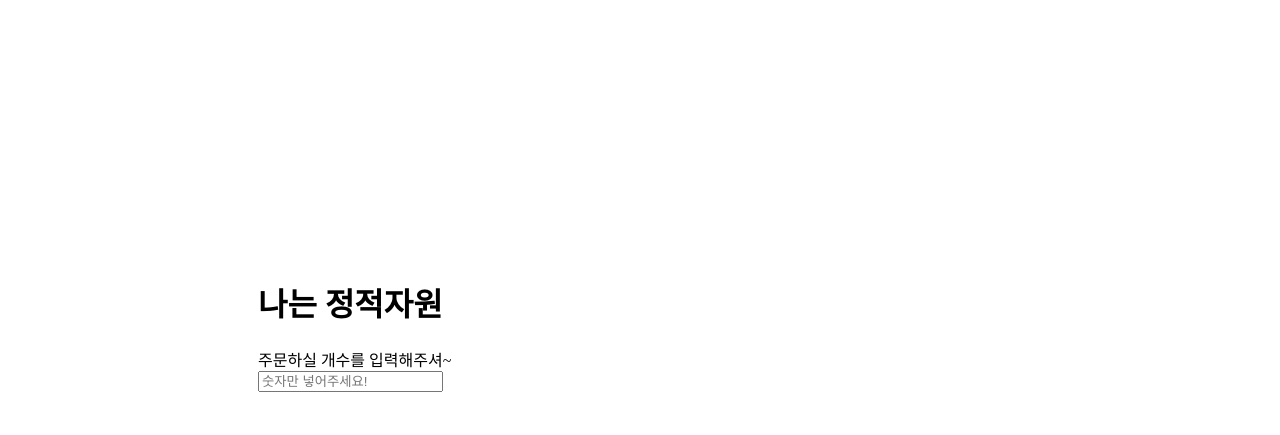
Repository: sehyeongrace/web-workspace
Page: BurgerKingProject/src/main/webapp/static/Request_Page.html
The author's editor kept a copy of each file at every save. The page is drawn from the files as they stood at one save, then again after the next save.
The browser window is 1280 px wide. The pictures show the whole page.

Above is the page before, as saved 2025-03-07 08:45:05.

### BurgerKingProject/src/main/webapp/static/Request_Page.html
<!DOCTYPE html>
<html>
<head>
<meta charset="UTF-8">
<title>눌렀음</title>
<style>
	body{
		padding : 250px;
	}
</style>
</head>
<body>

	<h1>나는 정적자원</h1>

	<!--
	System.out.println("아이디를 입력해주세요 > ");
	String userId = sc.nextLine();
	-->

	<span>주문하실 개수를 입력해주셔~</span><br>
	<input type="text" placeholder="숫자만 넣어주세요!" />


</body>
</html>

After the next save:
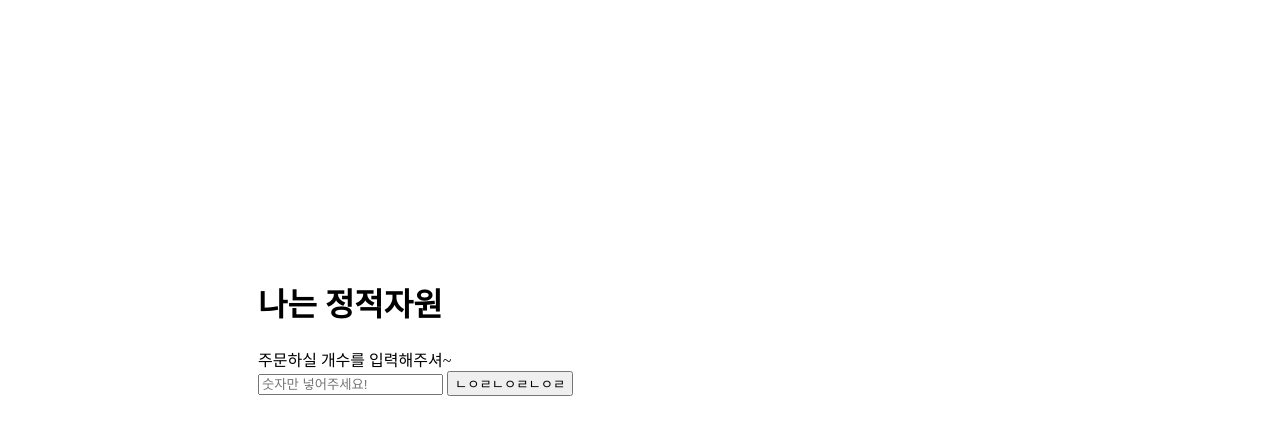
Saved 3 min 14 s later.
--- a/BurgerKingProject/src/main/webapp/static/Request_Page.html
+++ b/BurgerKingProject/src/main/webapp/static/Request_Page.html
@@ -18,9 +18,14 @@
 	String userId = sc.nextLine();
 	-->
 
+	<form action="요청 URL" method="GET">
+
+	</form>
+
 	<span>주문하실 개수를 입력해주셔~</span><br>
 	<input type="text" placeholder="숫자만 넣어주세요!" />
 
+	<button>ㄴㅇㄹㄴㅇㄹㄴㅇㄹ</button>
 
 </body>
 </html>
